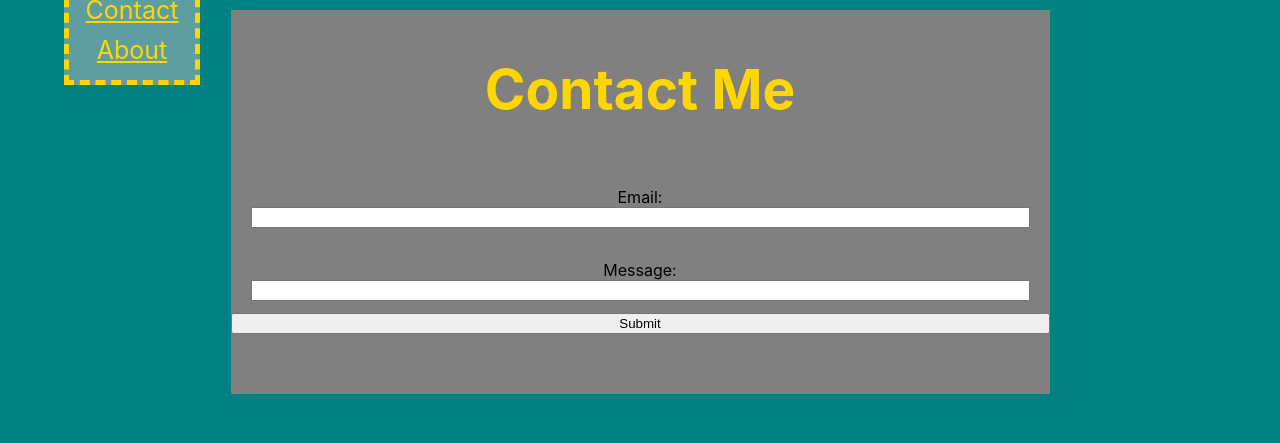
Repository: zeidalidiez/portfolioreact
Page: /Contact
An editor plug-in stored every save of this project. The page is shown before and after the next save, followed by the edit.
The browser window is 1280 px wide. The pictures show the whole page.
The project was rebuilt for these pictures with package versions that can differ from the ones it lists, and the page was loaded fresh each time. Also part of the build but not shown: src/components/Thumbnail.js, src/components/Projects.js, src/components/About.js.

Above is the page before, as saved 2021-02-08 18:09:03.

After the next save:
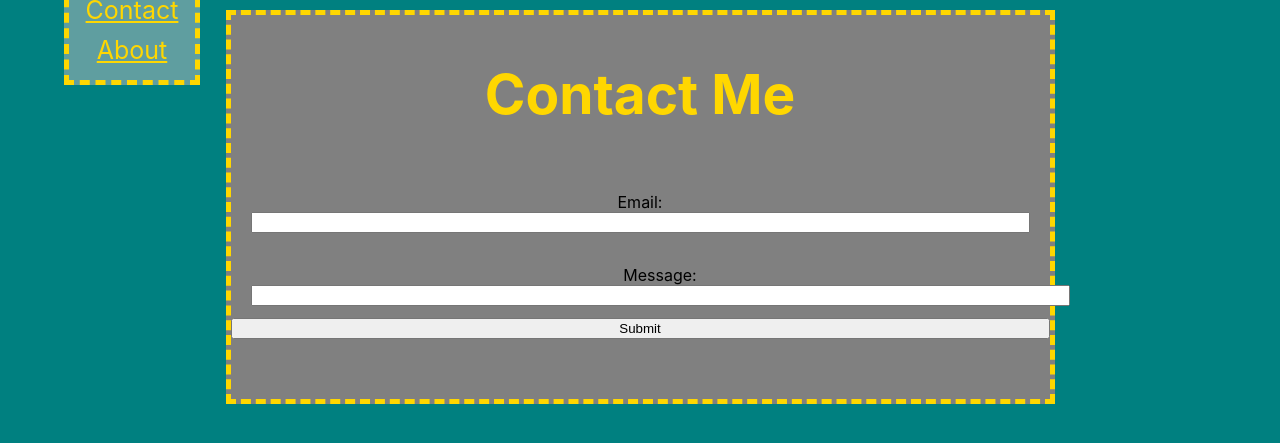
Saved 46 s later.
--- a/src/components/App.css
+++ b/src/components/App.css
@@ -103,6 +103,7 @@ form {
   justify-self: center;
   padding-bottom: 60px;
   display: grid;
+  border: 5px dashed gold;
 }
 
 .emailInput {
@@ -115,7 +116,7 @@ form {
 .messageInput {
   width: 100%;
   padding: 12px 20px;
-  box-sizing: border-box;
+  box-sizing:
 }
 
 @media screen and (max-width: 800px) {
